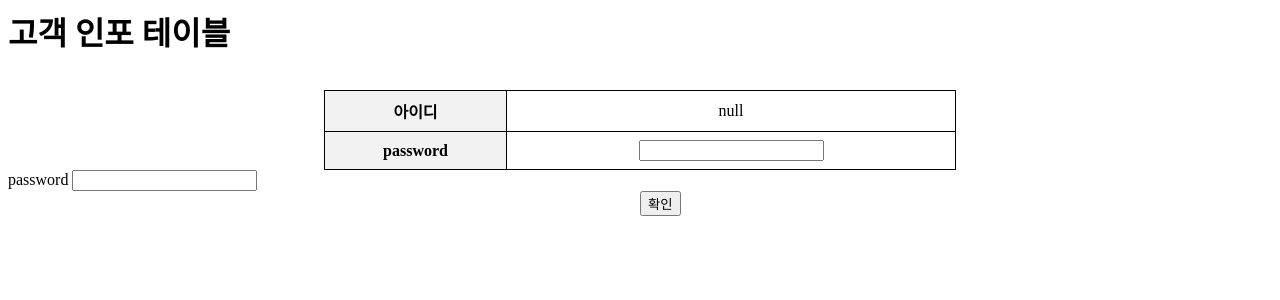
Repository: 2JISUN/hta-lecture-basic
Page: http://localhost/jsp03/info.jsp
These files come from the project's save history. The page is drawn as it stood at one moment and after the next save; the edit follows.
The browser window is 1280 px wide. The pictures show the whole page.
The page is served by Tomcat 10. Other server files are loaded and not shown. Queries for data that is not in the repository find no rows.

Above is the page before, as saved 2023-09-15 06:58:58.

### jsp-lecture/jsp03/src/main/webapp/info.jsp
<%@page import="java.sql.ResultSet"%>
<%@page import="java.sql.PreparedStatement"%>
<%@page import="java.sql.Connection"%>
<%@page import="java.sql.DriverManager"%>
<%@ page language="java" contentType="text/html; charset=UTF-8"
    pageEncoding="UTF-8"%>
<!DOCTYPE html>
<html>
<head>
    <meta charset="UTF-8">
    <title>고객 인포 테이블</title>
    <style>
        h1 {
			margin: auto;
            left:50%;
        }
        table {
            border-collapse: collapse;
            width: 50%;
            margin: auto;
        }
        th, td {
            border: 1px solid black;
            padding: 8px;
            text-align: center;
        }
        th {
            background-color: #f2f2f2;
        }
        button {
            position:absolute;
            left:50%;
        }
    </style>
</head>
<body>
<%
    String userID = request.getParameter("id");

    //1. driver 찾기
    String driver = "oracle.jdbc.OracleDriver";
    Class.forName(driver);

    //2. url
    // 자바17 = 오라클11
    String url = "jdbc:oracle:thin:@localhost:1521:xe";
    String id = "jisun";
    String pw = "1234";

    Connection conn = DriverManager.getConnection(url, id, pw);
    System.out.println("db연결 성공");

    //3. 조회 : 쿼리 작성 + 결과값 받아오기
    //3-1. 쿼리문 처리 메서드
    //3-2. 결과값 받아오기 select 를 제외하고 나머지는 정수 0
    PreparedStatement pstmt = null;
    ResultSet rs = null;
    String sql = "select * from test where id = ?";
    pstmt = conn.prepareStatement(sql);
    pstmt.setString(1, userID);
    rs = pstmt.executeQuery();
%>

	<h1>고객 인포 테이블</h1>
	<br>
	<br>
	<table>
	    <tbody>
	        <tr>
	            <th>아이디</th>
	            <td><%= userID %></td>
	        </tr>
	        <tr>
	            <th>password</th>
	            <td><input type="password" name="userPW"></td>
	        </tr>
	    </tbody>
	</table>
	<form action="password-check.jsp" method="post">
    <input type="hidden" name="userID" value="<%= userID %>" readonly>
    <div>
        <label>
            <span>password</span>
            <input type="password" name="userPW">
        </label>
    </div>
    <button type="submit">확인</button>
	</form>

	</body>
</html>

After the next save:
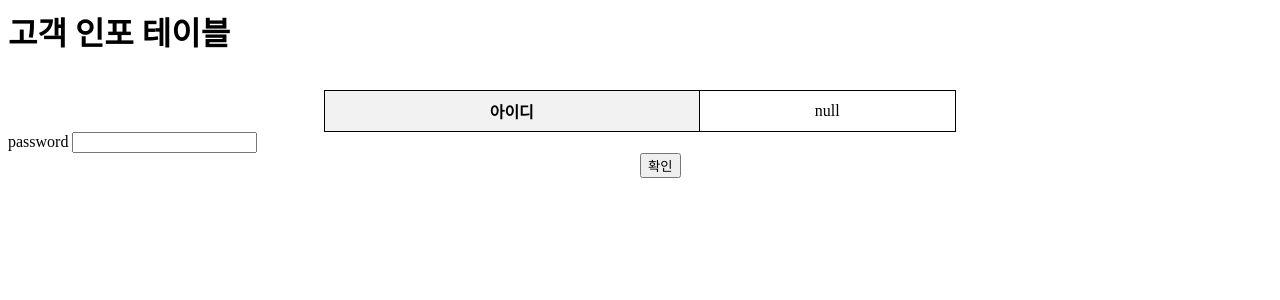
Saved 2 min 21 s later.
--- a/jsp-lecture/jsp03/src/main/webapp/info.jsp
+++ b/jsp-lecture/jsp03/src/main/webapp/info.jsp
@@ -61,22 +61,18 @@
     rs = pstmt.executeQuery();
 %>
 
-	<h1>고객 인포 테이블</h1>
-	<br>
-	<br>
-	<table>
-	    <tbody>
-	        <tr>
-	            <th>아이디</th>
-	            <td><%= userID %></td>
-	        </tr>
-	        <tr>
-	            <th>password</th>
-	            <td><input type="password" name="userPW"></td>
-	        </tr>
-	    </tbody>
-	</table>
-	<form action="password-check.jsp" method="post">
+<h1>고객 인포 테이블</h1>
+<br>
+<br>
+<table>
+    <tbody>
+        <tr>
+            <th>아이디</th>
+            <td><%= userID %></td>
+        </tr>
+    </tbody>
+</table>
+<form action="password-check.jsp" method="post">
     <input type="hidden" name="userID" value="<%= userID %>" readonly>
     <div>
         <label>
@@ -85,7 +81,7 @@
         </label>
     </div>
     <button type="submit">확인</button>
-	</form>
+</form>
 
 	</body>
 </html>

After the save that followed:
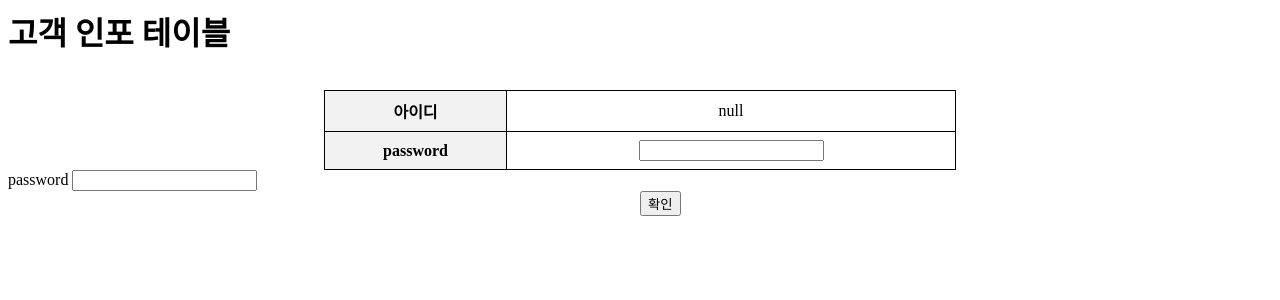
Saved 3 min 35 s later.
--- a/jsp-lecture/jsp03/src/main/webapp/info.jsp
+++ b/jsp-lecture/jsp03/src/main/webapp/info.jsp
@@ -61,18 +61,22 @@
     rs = pstmt.executeQuery();
 %>
 
-<h1>고객 인포 테이블</h1>
-<br>
-<br>
-<table>
-    <tbody>
-        <tr>
-            <th>아이디</th>
-            <td><%= userID %></td>
-        </tr>
-    </tbody>
-</table>
-<form action="password-check.jsp" method="post">
+	<h1>고객 인포 테이블</h1>
+	<br>
+	<br>
+	<table>
+	    <tbody>
+	        <tr>
+	            <th>아이디</th>
+	            <td><%= userID %></td>
+	        </tr>
+	        <tr>
+	            <th>password</th>
+	            <td><input type="password" name="userPW"></td>
+	        </tr>
+	    </tbody>
+	</table>
+	<form action="password-check.jsp" method="post">
     <input type="hidden" name="userID" value="<%= userID %>" readonly>
     <div>
         <label>
@@ -81,7 +85,7 @@
         </label>
     </div>
     <button type="submit">확인</button>
-</form>
+	</form>
 
 	</body>
 </html>
